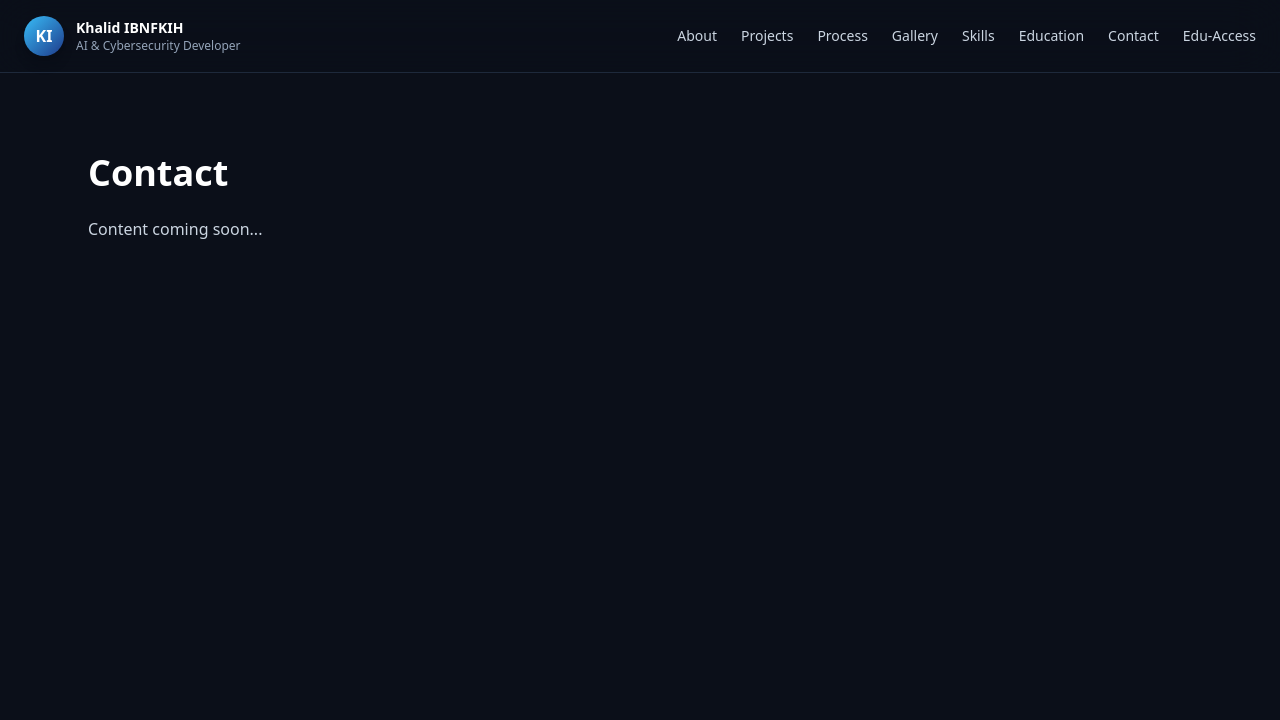
Repository: IBNKHALID06/KhalidAlxPortfolio
Page: /contact
The author's editor kept a copy of each file at every save. The page is drawn from the files as they stood at one save, then again after the next save.
The browser window is 1280 px wide. The pictures show the whole page.
The project was rebuilt for these pictures with package versions that can differ from the ones it lists, and the page was loaded fresh each time. Also part of the build but not shown: vite.config.js, src/pages/About.tsx, src/components/ProjectCard.tsx, src/pages/Projects.tsx, src/pages/Process.tsx, src/pages/Gallery.tsx, src/pages/Skills.tsx, src/pages/Education.tsx and 1 more.

Above is the page before, as saved 2025-11-30 20:13:10.

### index.html
<!DOCTYPE html>
<html lang="en">
  <head>
    <meta charset="UTF-8" />
    <meta name="viewport" content="width=device-width, initial-scale=1.0" />
    <title>Khalid Portfolio</title>
  </head>
  <body class="bg-[#0b0f19]">
    <div id="root"></div>
    <script type="module" src="/src/main.tsx"></script>
  </body>
</html>

### src/App.tsx
import { BrowserRouter as Router, Routes, Route, Navigate } from "react-router-dom";
import Navbar from "./components/Navbar";
import About from "./pages/About";
import Projects from "./pages/Projects";
import Process from "./pages/Process";
import Gallery from "./pages/Gallery";
import Skills from "./pages/Skills";
import Education from "./pages/Education";
import Contact from "./pages/Contact";
import EduAccess from "./pages/EduAccess";

function App() {
  return (
    <Router>
      <div className="min-h-screen bg-[#0b0f19] text-white font-sans">
        <Navbar />
        <main>
          <Routes>
            <Route path="/" element={<Navigate to="/about" replace />} />
            <Route path="/about" element={<About />} />
            <Route path="/projects" element={<Projects />} />
            <Route path="/process" element={<Process />} />
            <Route path="/gallery" element={<Gallery />} />
            <Route path="/skills" element={<Skills />} />
            <Route path="/education" element={<Education />} />
            <Route path="/contact" element={<Contact />} />
            <Route path="/eduaccess" element={<EduAccess />} />
          </Routes>
        </main>
      </div>
    </Router>
  );
}

export default App;

### src/index.css
@tailwind base;
@tailwind components;
@tailwind utilities;

body {
  background-color: #0b0f19;
  color: white;
}

### src/components/Navbar.tsx
import { Link } from "react-router-dom";
import { useState } from "react";

export default function Navbar() {
  const [open, setOpen] = useState(false);
  const links = ["about", "projects", "process", "gallery", "skills", "education", "contact", "eduaccess"];

  return (
    <header className="sticky top-0 z-50 bg-[#0b0f19]/80 backdrop-blur-xl border-b border-slate-800">
      <div className="max-w-7xl mx-auto px-6 py-4 flex justify-between items-center">
        <Link to="/about" className="flex items-center gap-3 select-none">
          <div className="w-10 h-10 rounded-full bg-gradient-to-br from-sky-400 to-blue-900 flex items-center justify-center font-bold text-white shadow-lg">
            KI
          </div>
          <div>
            <h1 className="text-sm font-semibold">Khalid IBNFKIH</h1>
            <p className="text-xs text-slate-400">AI & Cybersecurity Developer</p>
          </div>
        </Link>

        <nav className="hidden md:flex gap-6 text-sm">
          {links.map((item) => (
            <Link key={item} to={`/${item}`} className="text-slate-300 hover:text-sky-400 transition">
              {item === "eduaccess" ? "Edu-Access" : item.charAt(0).toUpperCase() + item.slice(1)}
            </Link>
          ))}
        </nav>

        <button className="md:hidden text-2xl" onClick={() => setOpen(!open)}>
          {open ? "✕" : "☰"}
        </button>
      </div>

      {open && (
        <div className="md:hidden px-6 pb-4 space-y-2 bg-[#111827] border-t border-slate-800">
          {links.map((item) => (
            <Link
              key={item}
              to={`/${item}`}
              onClick={() => setOpen(false)}
              className="block text-slate-300 hover:text-sky-400 py-1"
            >
              {item === "eduaccess" ? "Edu-Access" : item.charAt(0).toUpperCase() + item.slice(1)}
            </Link>
          ))}
        </div>
      )}
    </header>
  );
}

### src/pages/Contact.tsx
import Page from "../components/Page";

export default function Contact() {
  return (
    <Page>
      <h2 className="text-4xl font-bold mb-6">Contact</h2>
      <p className="text-slate-300">Content coming soon...</p>
    </Page>
  );
}

### src/components/Page.tsx
import { motion } from "framer-motion";
import React from "react";

type Props = { children: React.ReactNode };

export default function Page({ children }: Props) {
  return (
    <motion.section
      initial={{ opacity: 0, y: 20 }}
      animate={{ opacity: 1, y: 0 }}
      transition={{ duration: 0.4 }}
      className="max-w-6xl mx-auto px-6 py-20"
    >
      {children}
    </motion.section>
  );
}

Loaded but not shown: src/main.tsx (common file); tailwind.config.js (common file)

After the next save:
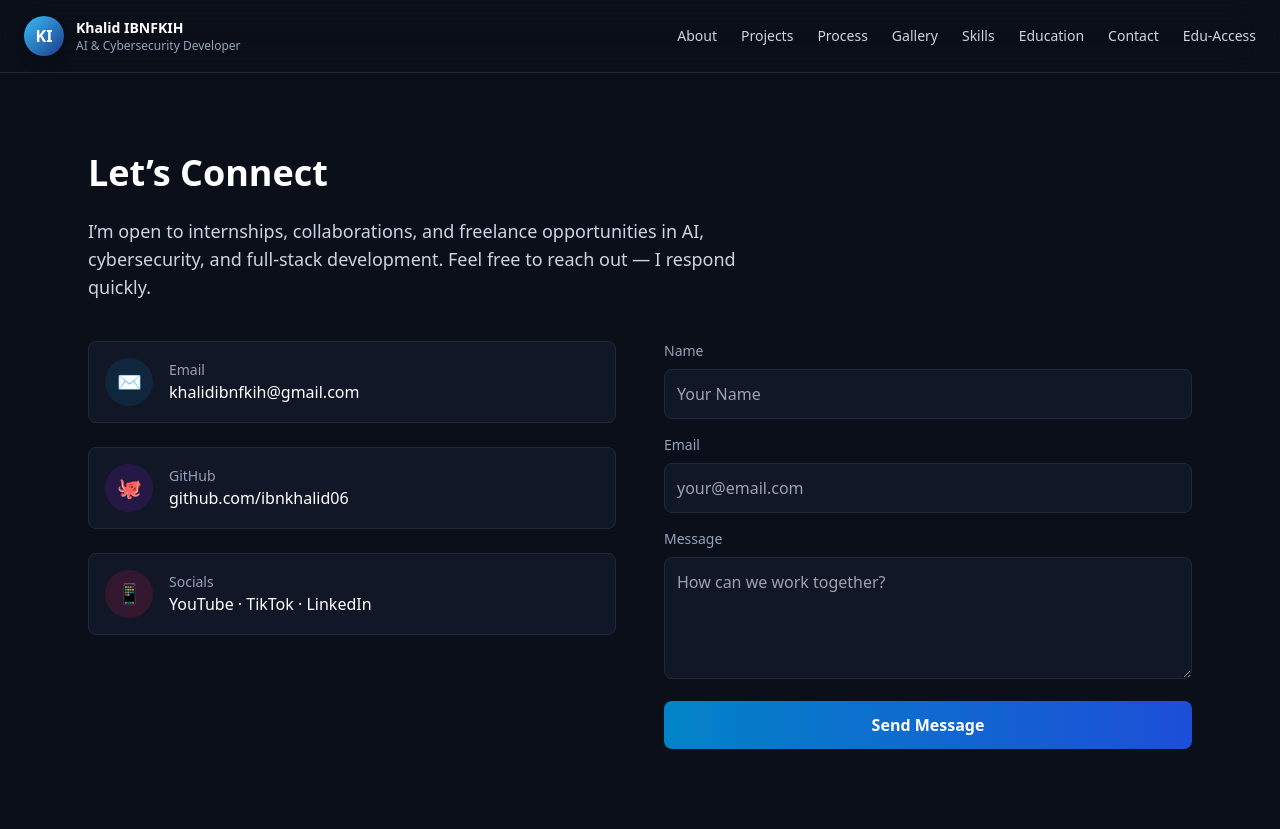
Saved 2 s later.
--- a/src/pages/Contact.tsx
+++ b/src/pages/Contact.tsx
@@ -3,8 +3,62 @@ import Page from "../components/Page";
 export default function Contact() {
   return (
     <Page>
-      <h2 className="text-4xl font-bold mb-6">Contact</h2>
-      <p className="text-slate-300">Content coming soon...</p>
+      <h2 className="text-4xl font-bold mb-6">Let’s Connect</h2>
+      <p className="text-slate-300 text-lg mb-10 max-w-2xl">
+        I’m open to internships, collaborations, and freelance opportunities in AI, cybersecurity, and full-stack development. Feel free to reach out — I respond quickly.
+      </p>
+
+      <div className="grid md:grid-cols-2 gap-12">
+        <div className="space-y-6">
+          <div className="flex items-center gap-4 p-4 bg-[#111726] rounded-lg border border-slate-800">
+            <div className="w-12 h-12 bg-sky-900/30 rounded-full flex items-center justify-center text-sky-400 text-xl">
+              ✉️
+            </div>
+            <div>
+              <h3 className="text-sm text-slate-400">Email</h3>
+              <a href="mailto:khalidibnfkih@gmail.com" className="text-white hover:text-sky-400 transition">khalidibnfkih@gmail.com</a>
+            </div>
+          </div>
+
+          <div className="flex items-center gap-4 p-4 bg-[#111726] rounded-lg border border-slate-800">
+            <div className="w-12 h-12 bg-purple-900/30 rounded-full flex items-center justify-center text-purple-400 text-xl">
+              🐙
+            </div>
+            <div>
+              <h3 className="text-sm text-slate-400">GitHub</h3>
+              <a href="https://github.com/ibnkhalid06" target="_blank" rel="noopener noreferrer" className="text-white hover:text-purple-400 transition">github.com/ibnkhalid06</a>
+            </div>
+          </div>
+
+          <div className="flex items-center gap-4 p-4 bg-[#111726] rounded-lg border border-slate-800">
+            <div className="w-12 h-12 bg-pink-900/30 rounded-full flex items-center justify-center text-pink-400 text-xl">
+              📱
+            </div>
+            <div>
+              <h3 className="text-sm text-slate-400">Socials</h3>
+              <p className="text-white">YouTube · TikTok · LinkedIn</p>
+            </div>
+          </div>
+        </div>
+
+        <form className="space-y-4">
+          <div>
+            <label className="block text-sm text-slate-400 mb-2">Name</label>
+            <input type="text" className="w-full bg-[#111726] border border-slate-800 rounded-lg p-3 text-white focus:outline-none focus:border-sky-500 transition" placeholder="Your Name" />
+          </div>
+          <div>
+            <label className="block text-sm text-slate-400 mb-2">Email</label>
+            <input type="email" className="w-full bg-[#111726] border border-slate-800 rounded-lg p-3 text-white focus:outline-none focus:border-sky-500 transition" placeholder="your@email.com" />
+          </div>
+          <div>
+            <label className="block text-sm text-slate-400 mb-2">Message</label>
+            <textarea rows={4} className="w-full bg-[#111726] border border-slate-800 rounded-lg p-3 text-white focus:outline-none focus:border-sky-500 transition" placeholder="How can we work together?"></textarea>
+          </div>
+          <button className="w-full bg-gradient-to-r from-sky-600 to-blue-700 py-3 rounded-lg font-semibold hover:opacity-90 transition">
+            Send Message
+          </button>
+        </form>
+      </div>
     </Page>
   );
 }
